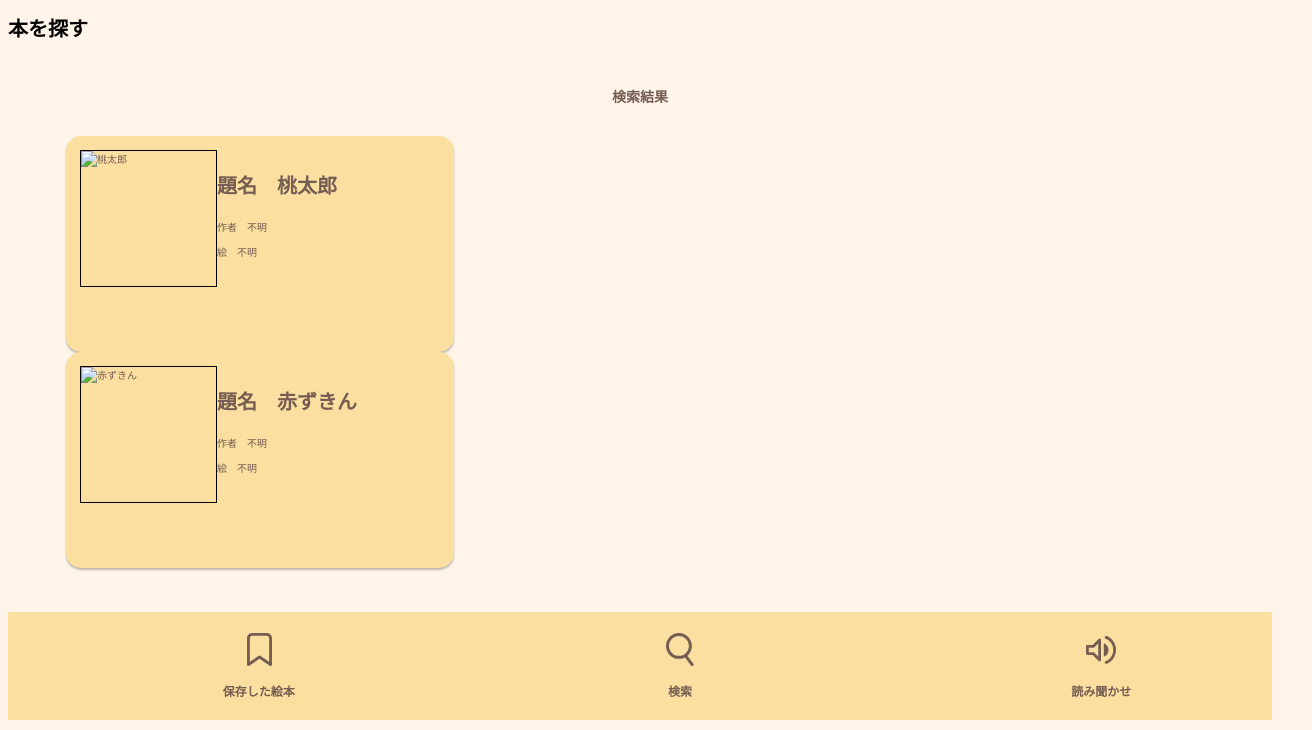
Repository: kmii12/2024-teampj
Page: /result
An editor plug-in stored every save of this project. The page is shown before and after the next save, followed by the edit.
The browser window is 1280 px wide. The page is 1312 px wide, so the pictures cover 1312 px, including what lies to the right of the window. The pictures show the whole page.
Some web fonts or font styles are not loaded; a fallback is used. The project was rebuilt for these pictures with package versions that can differ from the ones it lists, and the page was loaded fresh each time. The framework's server and built-in components were replaced by stand-ins that run in the browser. Also part of the build but not shown: next.config.mjs.

Above is the page before, as saved 2024-10-23 11:14:48.

After the next save:
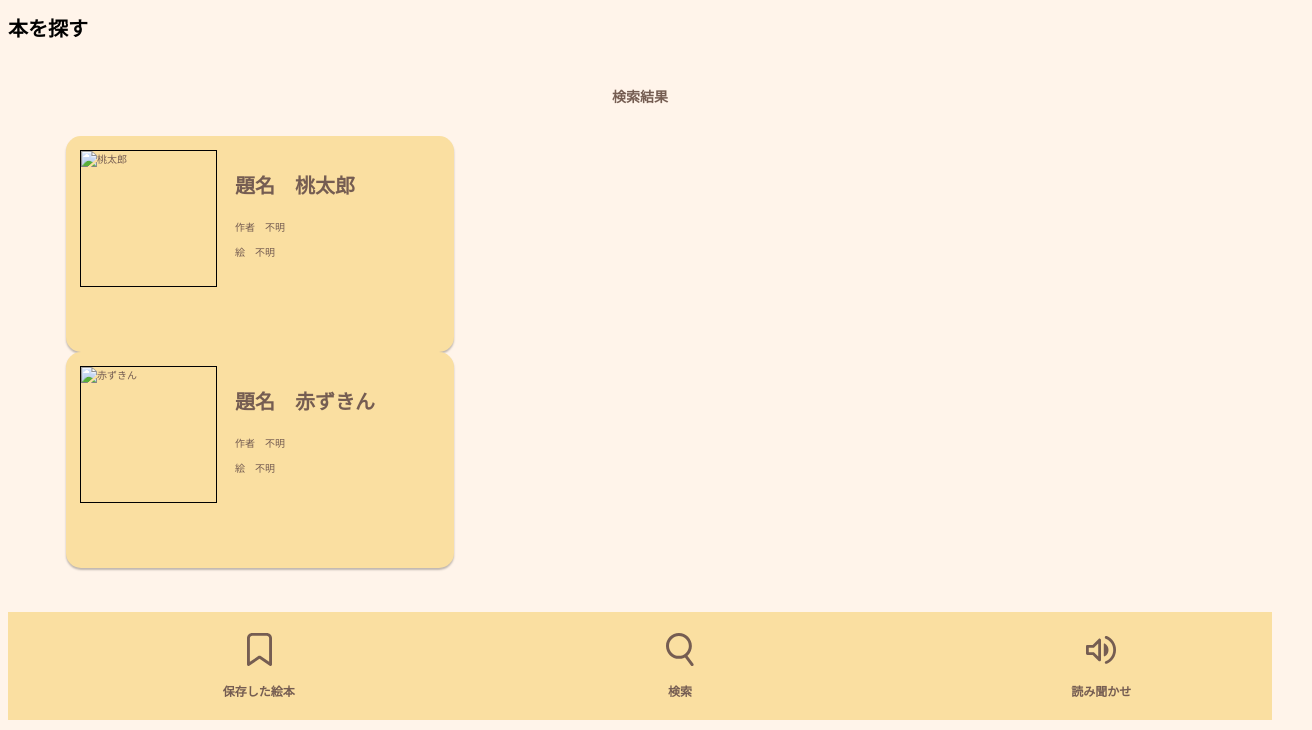
Saved 28 s later.
--- a/src/app/result/Result.module.scss
+++ b/src/app/result/Result.module.scss
@@ -24,6 +24,7 @@
     border-radius: 15px;
     box-shadow: 0px 2px 2px rgba($color: #000000, $alpha: 0.25);
     display: flex;
+    gap: 18px;
 
     .itemImageWrap {
       width: 135px;
